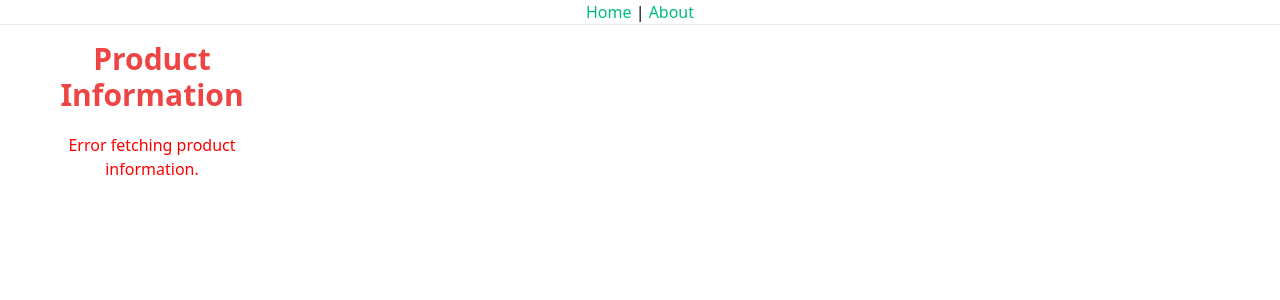
Repository: loktioncode/vectra-shop
Page: /
The author's editor kept a copy of each file at every save. The page is drawn from the files as they stood at one save, then again after the next save.
The browser window is 1280 px wide. The pictures show the whole page.
The page's requests for data from a server got no answer. The project was rebuilt for these pictures with package versions that can differ from the ones it lists, and the page was loaded fresh each time. No one was signed in, and anything a server would have sent is missing. Also part of the build but not shown: vite.config.ts, src/components/ProductCard.vue.

Above is the page before, as saved 2023-09-20 15:29:32.

After the next save:
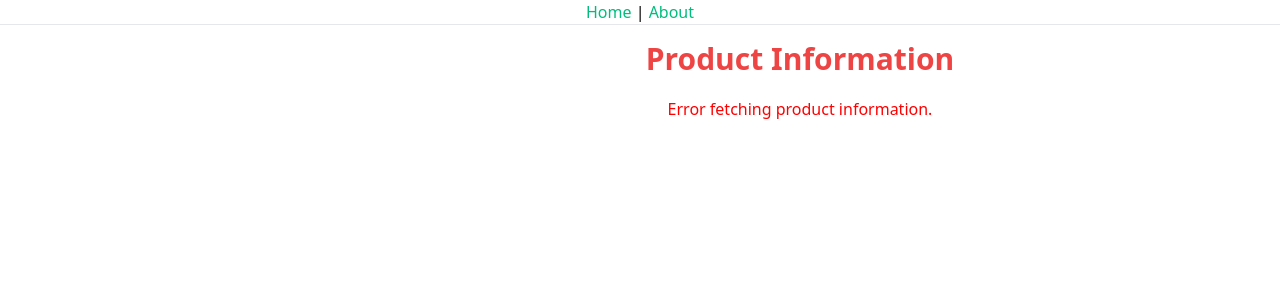
Saved 13 s later.
--- a/src/components/Products.vue
+++ b/src/components/Products.vue
@@ -1,12 +1,12 @@
 <template>
   <div class="flex">
     <!-- Left Sidebar for Filters -->
-    <div class="w-50 p-4">
+    <div class="w-1/4 p-4">
       <!-- Your filter components can go here -->
     </div>
 
     <!-- Right Side for Product Information -->
-    <div class="w-60 p-4">
+    <div class="w-3/4 p-4">
       <h1 class="text-3xl text-red-500 font-bold mb-5">Product Information</h1>
       <div v-if="productStore.loading">Loading...</div>
       <div v-else>
